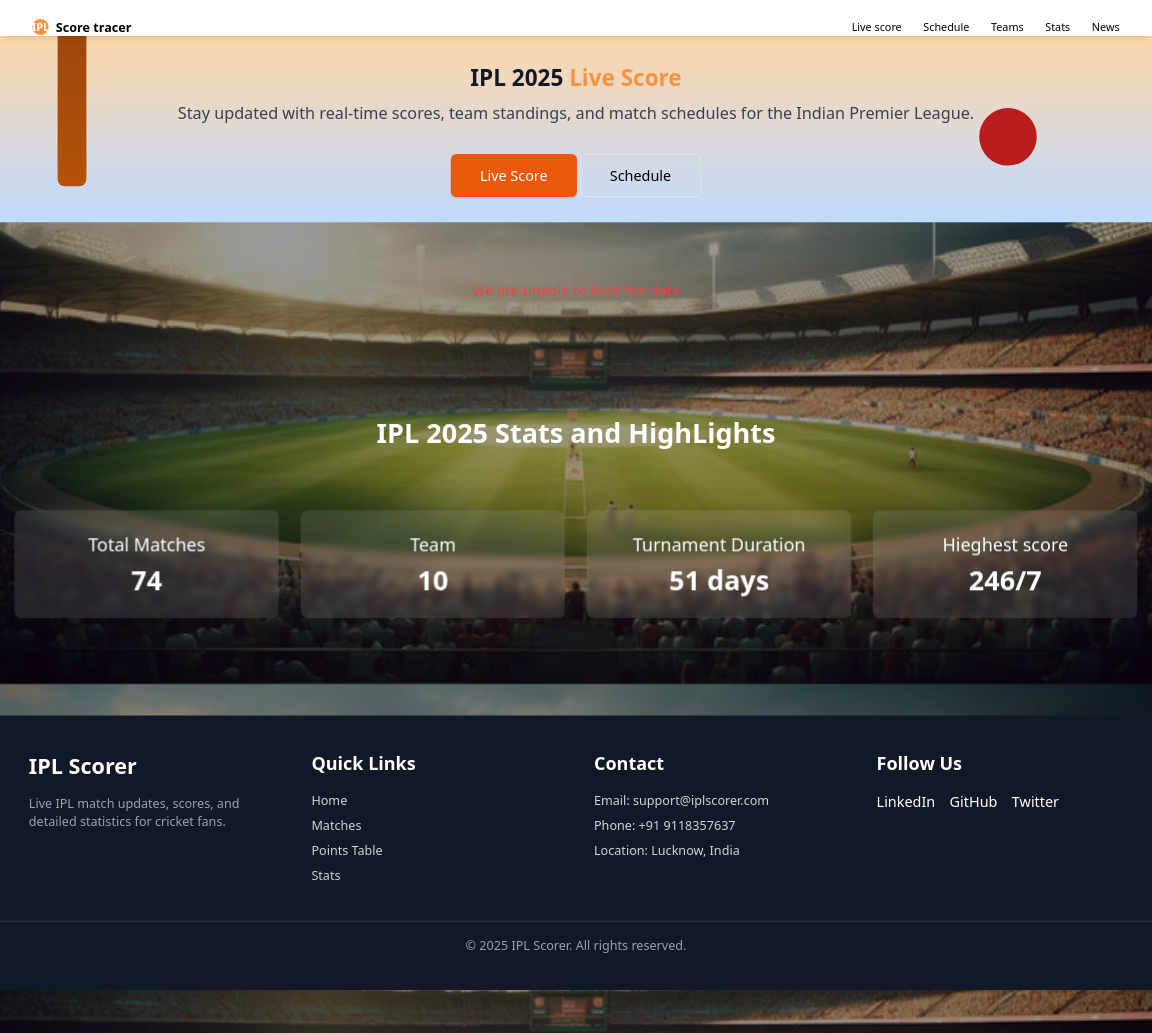
Repository: GauraVPandeyyy/IPL_PointsTable
Page: /
These files come from the project's save history. The page is drawn as it stood at one moment and after the next save; the edit follows.
The browser window is 1280 px wide. The pictures show the whole page, at 90% of full size.
The page's requests for data from a server got no answer. Backgrounds fixed to the window are drawn as part of the page. Some web libraries are served in a nearby version. The project was rebuilt for these pictures with package versions that can differ from the ones it lists, and the page was loaded fresh each time. No one was signed in, and anything a server would have sent is missing. Also part of the build but not shown: vite.config.js.

Above is the page before, as saved 2025-04-18 16:20:27.

### index.html
<head>
    <meta charset="utf-8">
    <meta name="viewport" content="width=device-width, initial-scale=1, shrink-to-fit=no">
    <meta name="theme-color" content="#000000">
    <script src="https://cdn.tailwindcss.com"></script>
    <!--
      manifest.json provides metadata used when your web app is added to the
      homescreen on Android. See https://developers.google.com/web/fundamentals/engage-and-retain/web-app-manifest/
    -->


    <!--
      Notice the use of %PUBLIC_URL% in the tags above.
      It will be replaced with the URL of the `public` folder during the build.
      Only files inside the `public` folder can be referenced from the HTML.

      Unlike "/favicon.ico" or "favicon.ico", "%PUBLIC_URL%/favicon.ico" will
      work correctly both with client-side routing and a non-root public URL.
      Learn how to configure a non-root public URL by running `npm run build`.
    -->
    <title>React App</title>
  </head>

  <body>
    <noscript> You need to enable JavaScript to run this app. </noscript>
    <div id="root"></div>
    <!--
      This HTML file is a template.
      If you open it directly in the browser, you will see an empty page.

      You can add webfonts, meta tags, or analytics to this file.
      The build step will place the bundled scripts into the <body> tag.

      To begin the development, run `npm start` or `yarn start`.
      To create a production bundle, use `npm run build` or `yarn build`.
    -->


<script type="module" src="/src/index.jsx"></script></body>

### src/App.jsx
import "./styles.css";
import Header from "./components/Header";
import HomePage from "./page/HomePage";
import { BrowserRouter as Router, Routes, Route } from "react-router-dom";
export default function App() {
  return (
    <Router>
      <Header />
      <div className="flex flex-col min-h-screen">
        <Routes>
          <Route path="/" element={<HomePage />} />
          <Route path="/test" element={<HomePage />} />
        </Routes>
      </div>
    </Router>
  );
}

### src/components/Header.jsx
import React from "react";
import { Link } from "react-router-dom";
import { useState } from "react";
import { Menu, X } from "lucide-react";
export default function Header() {
  const [isopen, setIsOpen] = useState(false);
  const link = [
    { name: "Live score", path: "/live-score" },
    { name: "Schedule", path: "/schedule" },
    { name: "Teams", path: "/teams" },
    { name: "Stats", path: "/stats" },
    { name: "News", path: "/news" },
  ];
  const toggleMenu = () => {
    setIsOpen(!isopen);
  };
  return (
    <div className="sticky h-9 p-5 top-0 z-50 bg-white shadow-md">
      <div className="container mx-auto px-4">
        {/* Logo */}
        <div className="flex items-center justify-between h-[20px]">
          <Link className="flex items-center space-x-2">
            <div className="h-[18px] w-[18px] bg-orange-400 rounded-full flex items-center justify-center">
              <span className="text-[12px] text-white font-bold">IPL</span>
            </div>
            <span className="text-black font-bold text-sm">Score tracer</span>
          </Link>

          {/* Desktop */}
          <div className="hidden md:flex space-x-6">
            {link.map((link, index) => (
              <Link
                to={link.path}
                key={index}
                className={`text-[12px] text-black font-medium transition-colors hover:text-orange-600`}
              >
                {link.name}
              </Link>
            ))}
          </div>
          {/* mobile */}
          <button
            className="md:hidden p-2 rounded-md text-gray-700 hover:bg-gray-100"
            onClick={toggleMenu}
          >
            {isopen ? <X size={18} /> : <Menu size={18} />}
          </button>
        </div>

        {/* Mobile navLinks */}
        {isopen && (
          <div className="md:hidden py-4 border-t">
            <div className="flex flex-col space-y-4">
              {link.map((items, index) => (
                <Link
                  key={index}
                  to={link.path}
                  className="text-sm font-medium transition-color hover:text-orange-600"
                >
                  {items.name}
                </Link>
              ))}
            </div>
          </div>
        )}
      </div>
    </div>
  );
}

### src/page/HomePage.jsx
import Hero from "../components/hero";
import TeamStanding from "../components/TeamStanding";
import StatsSection from "../components/StatsSection";
import Footer from "../components/Footer";
export default function HomePage() {
  return (
    <div className="min-h-screen bg-[url('/stadium.jpg')] bg-cover bg-center bg-fixed">
      <div className="min-h-scree bg-black/40">
        <div className="space-y-12 pb-12">
          <div className="bg-opacity-90">
            <Hero />
          </div>

          <div className="bg-opacity-90">
            <TeamStanding />
          </div>

          <div className="bg-opacity-90">
            <StatsSection />
          </div>
          <div className="bg-opacity-90">
            <Footer />
          </div>
        </div>
      </div>
    </div>
  );
}

### src/components/hero.jsx
import { motion } from "framer-motion";
import { useNavigation } from "react-router-dom";
import Button from "./ui/Button";
export default function hero() {
  return (
    <div className="relative overflow-hidden py-[50px] md:py-[28px] bg-gradient-to-b from-orange-200 to-blue-200 ">
      <div className="container mx-auto px-[4px] relative z-10">
        <div className="text-center max-width-3xl mx-auto">
          <div className="text-center text-[30px] md:text-[25px] font-bold text-gray-900 mb-[6px]">
            IPL 2025 <span className="text-orange-400">Live Score</span>
          </div>
          <p className="text-[18px] text-gray-700 mb-8">
            Stay updated with real-time scores, team standings, and match
            schedules for the Indian Premier League.
          </p>

          <div className="flex flex-wrap justify-center gap-[4px]">
            <Button variant="primary" size="lg">
              Live Score
            </Button>

            <Button variant="outline" size="lg">
              Schedule
            </Button>
          </div>
        </div>
      </div>

      {/* Bat */}
      <div className="absolute top-20 right-[10%] w-16 h-16 rounded-full bg-red-700  hidden md:block" />
      <div className="absolute bottom-10 left-[5%] w-8 h-64 bg-gradient-to-b from-amber-800 to-amber-700 rounded-b-lg hidden md:block" />
    </div>
  );
}

### src/components/TeamStanding.jsx
import { useState, useEffect } from "react";
import { getPointsTable } from "../services/api";
import LoadingSpinner from "./ui/Loader";
export default function TeamStanding() {
  const [pointsTable, setPointsTable] = useState([]);
  const [error, setError] = useState(null);
  const [loading, setLoading] = useState(true);

  useEffect(() => {
    const fetchPointsTable = async () => {
      try {
        const data = await getPointsTable();
        setPointsTable(data);
      } catch (err) {
        setError("We are unable to load the data");
      } finally {
        setLoading(false);
      }
    };
    fetchPointsTable();
  }, []);

  if (loading) {
    return (
      <div className="flex items-center justify-center min-h-screen">
        <LoadingSpinner size="lg" />
      </div>
    );
  }

  if (error) {
    return <div className="text-center text-red-500 p-4">{error}</div>;
  }

  return (
    // bg-gray-900 text-white py-10 mt-16
    <div className="bg-white rounded-2xl shadow-xl p-6 sm:p-10 transition-all duration-300">
      <h3 className="text-3xl font-extrabold text-indigo-700 mb-6 text-center">Points Table</h3>

      <div className="overflow-x-auto">
        <table className="min-w-full divide-y divide-gray-200">
          <thead className="bg-indigo-600">
            <tr>
              <th className="px-6 py-3 text-center text-sm font-semibold text-white tracking-wide">Team</th>
              <th className="px-6 py-3 text-center text-sm font-semibold text-white">P</th>
              <th className="px-6 py-3 text-center text-sm font-semibold text-white">W</th>
              <th className="px-6 py-3 text-center text-sm font-semibold text-white">L</th>
              <th className="px-6 py-3 text-center text-sm font-semibold text-white">Points</th>
              <th className="px-6 py-3 text-center text-sm font-semibold text-white">NRR</th>
            </tr>
          </thead>

          <tbody className="divide-y divide-gray-100">
            {pointsTable.map((iteam, index) => (
              <tr
                key={index}
                className={`${index % 2 === 0 ? "bg-white" : "bg-gray-50"
                  } hover:bg-indigo-50 transition duration-300`}
              >
                <td className="px-6 py-4 text-sm text-gray-700">
                  <div className="flex items-center gap-3">
                    <img
                      src={iteam.flag}
                      alt={iteam.team}
                      className="w-8 h-8 rounded-full object-cover ring-2 ring-indigo-200"
                    />
                    <span className="font-medium">{iteam.team}</span>
                  </div>
                </td>
                <td className="px-6 py-4 text-center text-gray-600 font-semibold">{iteam.played}</td>
                <td className="px-6 py-4 text-center text-green-600 font-semibold">{iteam.won}</td>
                <td className="px-6 py-4 text-center text-red-600 font-semibold">{iteam.loss}</td>
                <td className="px-6 py-4 text-center text-indigo-800 font-bold">{iteam.points}</td>
                <td className="px-6 py-4 text-center text-gray-600">{iteam.nrr}</td>
              </tr>
            ))}
          </tbody>
        </table>
      </div>
    </div>

  );
}

### src/components/StatsSection.jsx
"use client";
import { motion } from "framer-motion";
import { Users, Trophy, Calendar, TrendingUp } from "lucide-react";
export default function StatsSection() {
  const stats = [
    { icon: Users, title: "Total Matches", value: "74" },
    { icon: Trophy, title: "Team", value: "10" },
    { icon: Calendar, title: "Turnament Duration", value: "51 days" },
    { icon: TrendingUp, title: "Hieghest score", value: "246/7" },
  ];

  return (
    <div className="py-16 bg-gradient-to-r from-blu-600 to-red-600 text-white">
      <div className="container mx-auto px-4">
        <motion.h2
          className="text-3xl font-bold text-center mb-12"
          initial={{ opacity: 0 }}
          animate={{ opacity: 1 }}
          transition={{ duration: 0.5 }}
        >
          IPL 2025 Stats and HighLights
        </motion.h2>

        <div className="grid grid-cols-1 md:grid-cols-2 lg:grid-cols-4 gap-6">
          {stats.map((items, index) => (
            <motion.div
              key={index}
              className="bg-white/10 backdrop-blur-sm rounded-lg p-6 text-center "
              initial={{ opacity: 0, y: 20 }}
              animate={{ opacity: 1, y: 20 }}
              transition={{ delay: index * 0.1, duration: 0.5 }}
              whileHover={{ y: -5, transition: { duration: 0.2 } }}
            >
              {/* <div className="flex justify-center mb-4">{items.icon}</div> */}
              <h3 className="text-xl font-medium mb-2">{items.title}</h3>
              <p className="text-3xl font-bold">{items.value}</p>
            </motion.div>
          ))}
        </div>
      </div>
    </div>
  );
}

### src/components/Footer.jsx
// src/components/Footer.jsx
export default function Footer() {
    return (
      <footer className="bg-gray-900 text-white py-10 mt-16">
        <div className="max-w-7xl mx-auto px-4 sm:px-6 lg:px-8 grid grid-cols-1 md:grid-cols-4 gap-10">

          {/* Logo/Branding */}
          <div>
            <h2 className="text-2xl font-bold mb-4">IPL Scorer</h2>
            <p className="text-gray-400 text-sm">
              Live IPL match updates, scores, and detailed statistics for cricket fans.
            </p>
          </div>

          {/* Navigation */}
          <div>
            <h3 className="text-xl font-semibold mb-4">Quick Links</h3>
            <ul className="space-y-2 text-sm text-gray-300">
              <li><a href="#" className="hover:underline">Home</a></li>
              <li><a href="#" className="hover:underline">Matches</a></li>
              <li><a href="#" className="hover:underline">Points Table</a></li>
              <li><a href="#" className="hover:underline">Stats</a></li>
            </ul>
          </div>

          {/* Contact Info */}
          <div>
            <h3 className="text-xl font-semibold mb-4">Contact</h3>
            <p className="text-gray-300 text-sm mb-2">Email: <a href="mailto:support@iplscorer.com" className="hover:underline">support@iplscorer.com</a></p>
            <p className="text-gray-300 text-sm mb-2">Phone: +91 9118357637</p>
            <p className="text-gray-300 text-sm">Location: Lucknow, India</p>
          </div>

          {/* Social Links */}
          <div>
            <h3 className="text-xl font-semibold mb-4">Follow Us</h3>
            <div className="flex space-x-4">
              <a href="https://www.linkedin.com/in/gaurav-pandey-0987162a0/" className="hover:text-pink-400 transition-colors">LinkedIn</a>
              <a href="https://github.com/GauraVPandeyyy" className="hover:text-gray-300 transition-colors">GitHub</a>
              <a href="https://x.com/gaura_vp9118" className="hover:text-blue-300 transition-colors">Twitter</a>
            </div>
          </div>
        </div>

        {/* Copyright */}
        <div className="mt-10 border-t border-gray-700 pt-4 text-center text-sm text-gray-400">
          &copy; {new Date().getFullYear()} IPL Scorer. All rights reserved.
        </div>
      </footer>
    );
  }

### src/components/ui/Button.jsx
import { cva } from "class-variance-authority";

const buttonVariants = cva(
  "inline-flex items-center justify-center rounded-md font-medium transition-colors focus-visible:outline-none focus-visible:ring-2 focus-visible:ring-ring disabled:pointer-events-none disabled:opacity-50",
  {
    variants: {
      variant: {
        primary: "bg-orange-600 text-white hover:bg-orange-700 shadow",
        outline:
          "border border-input bg-background hover:bg-accent hover:text-accent-foreground",
      },
      size: {
        default: "h-10 px-4 py-[2px] text-sm",
        sm: "h-8 px-3 text-xs",
        lg: "h-12 px-8 text-base",
        icon: "h-9 w-9",
      },
    },
    defaultVariant: {
      variant: "primary",
      size: "default",
    },
  }
);

const Button = ({
  children,
  variant = "primary",
  size = "default",
  className = "",
  ...props
}) => {
  return (
    <button
      className={`${buttonVariants({ variant, size })}, ${className}`}
      {...props}
    >
      {children}
    </button>
  );
};

export default Button;

### src/services/api.js
import axios from "axios";
const API_URL = "https://cricket-live-line1.p.rapidapi.com";
const HEADERS = {
  "x-rapidapi-key": "bac80db236mshbffb59e3a602917p118b40jsn406a7887a76a",
  "x-rapidapi-host": "cricket-live-line1.p.rapidapi.com",
};

export const getPointsTable = async () => {
  const options = {
    method: "GET",
    url: `${API_URL}/series/336/pointsTable`,
    headers: HEADERS,
  };

  try {
    const response = await axios.request(options);
    console.log("Points table data", response.data);

    if (!response.data?.status || !response.data?.data?.A) {
      throw new Error("Invalid points table data format");
    }

    return response.data.data.A.map((team) => ({
      team: team.teams,
      played: team.P,
      won: team.W,
      loss: team.L,
      points: team.Pts,
      nrr: team.NRR,
      flag: team.flag,
    }));
  } catch (error) {
    console.error("Error fetching the data");
    throw error;
  }
};

### src/components/ui/Loader.jsx
const LoadingSpinner = ({ size = "md", className = "" }) => {
  const sizeClasses = {
    sm: "w-4 h-4",
    md: "w-8 h-8",
    lg: "w-12 h-12",
  };

  return (
    <div className={`${sizeClasses[size]} ${className}`}>
      <svg
        className="animate-spin text-orange-600"
        xmlns="http://www.w3.org/2000/svg"
        fill="none"
        viewBox="0 0 24 24"
      >
        <circle
          className="opacity-25"
          cx="12"
          cy="12"
          r="10"
          stroke="currentColor"
          strokeWidth="4"
        ></circle>
        <path
          className="opacity-75"
          fill="currentColor"
          d="M4 12a8 8 0 018-8V0C5.373 0 0 5.373 0 12h4zm2 5.291A7.962 7.962 0 014 12H0c0 3.042 1.135 5.824 3 7.938l3-2.647z"
        ></path>
      </svg>
    </div>
  );
};

export default LoadingSpinner;

Loaded but not shown: src/index.jsx (common file); src/styles.css (no stored copy; drawn as an empty file)

After the next save:
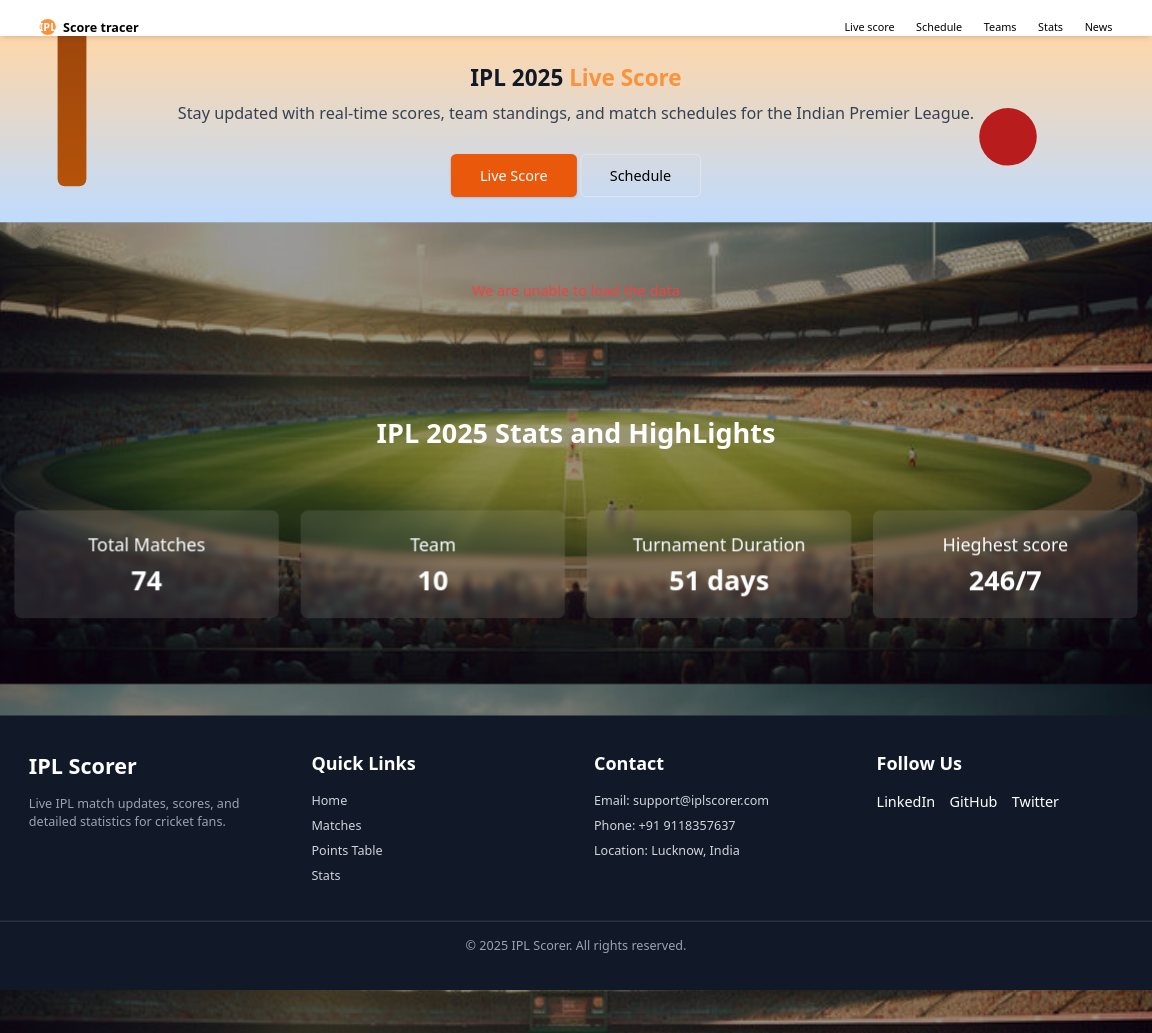
Saved 9 s later.
--- a/src/components/Header.jsx
+++ b/src/components/Header.jsx
@@ -16,7 +16,7 @@
   };
   return (
     <div className="sticky h-9 p-5 top-0 z-50 bg-white shadow-md">
-      <div className="container mx-auto px-4">
+      <div className="container mx-auto px-6">
         {/* Logo */}
         <div className="flex items-center justify-between h-[20px]">
           <Link className="flex items-center space-x-2">

After the save that followed:
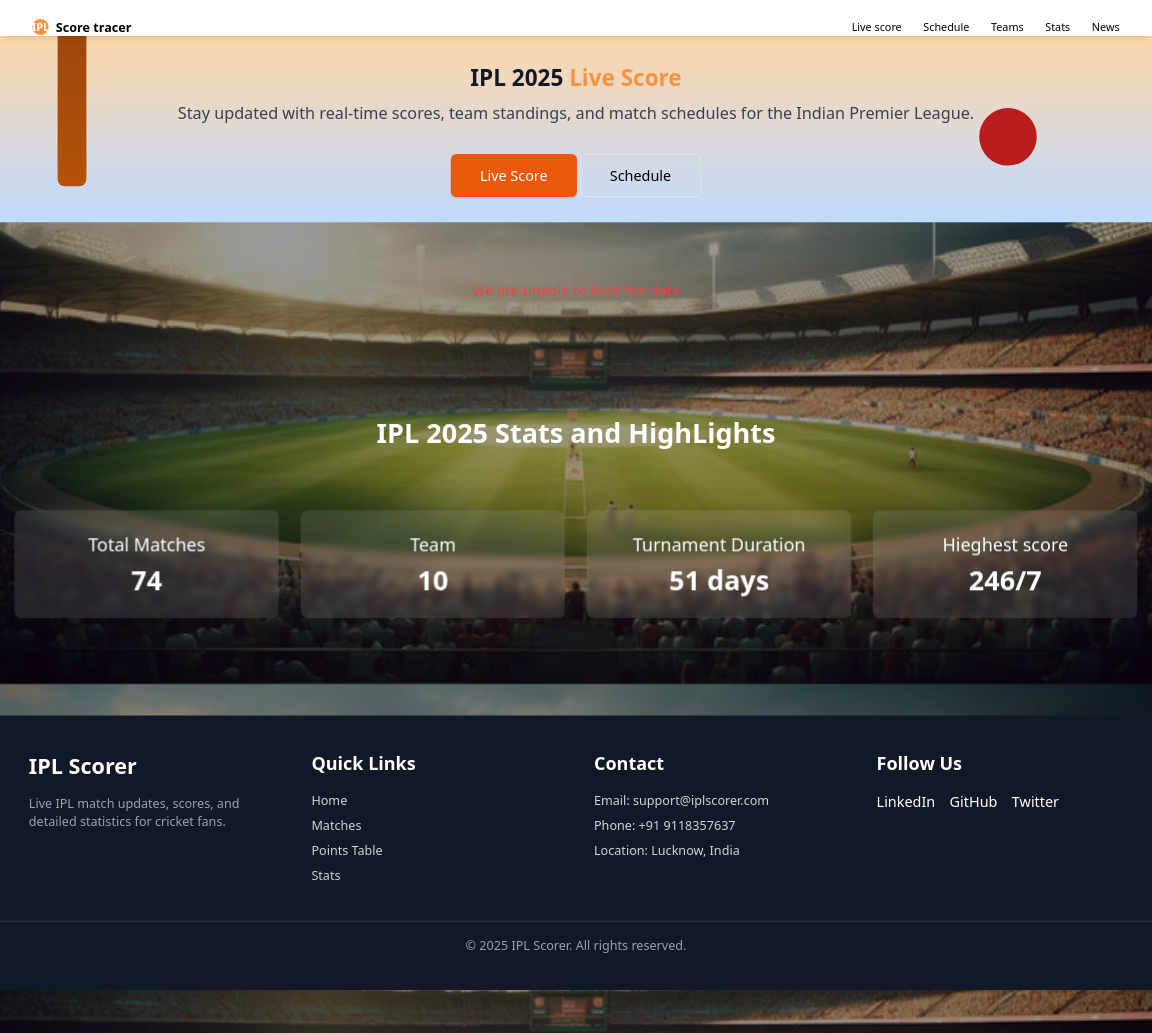
Saved 12 s later.
--- a/src/components/Header.jsx
+++ b/src/components/Header.jsx
@@ -16,7 +16,7 @@
   };
   return (
     <div className="sticky h-9 p-5 top-0 z-50 bg-white shadow-md">
-      <div className="container mx-auto px-6">
+      <div className="container mx-auto px-4">
         {/* Logo */}
         <div className="flex items-center justify-between h-[20px]">
           <Link className="flex items-center space-x-2">
